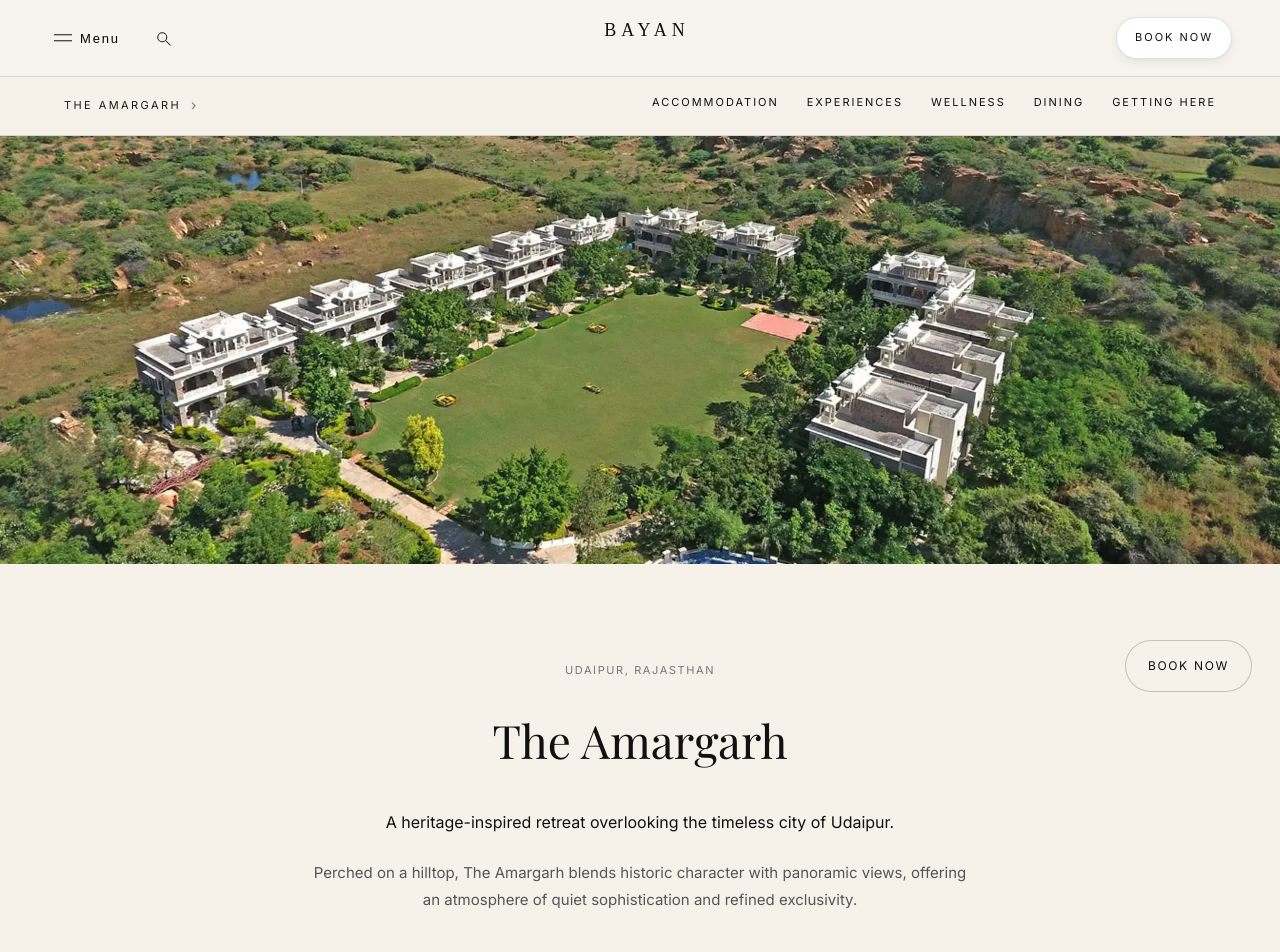
Repository: Arpitpawa/bayan-website
Page: properties/the-amargarh-palace.html
The author's editor kept a copy of each file at every save. The page is drawn from the files as they stood at one save, then again after a run of saves.
The browser window is 1280 px wide. The pictures show the part of the page from y = 0 to 952 px (the page is 5758 px tall).

Above is the page before, as saved 2026-02-03 16:09:12.
Console error: SyntaxError: Identifier 'track' has already been declared

After the next 2 saves:
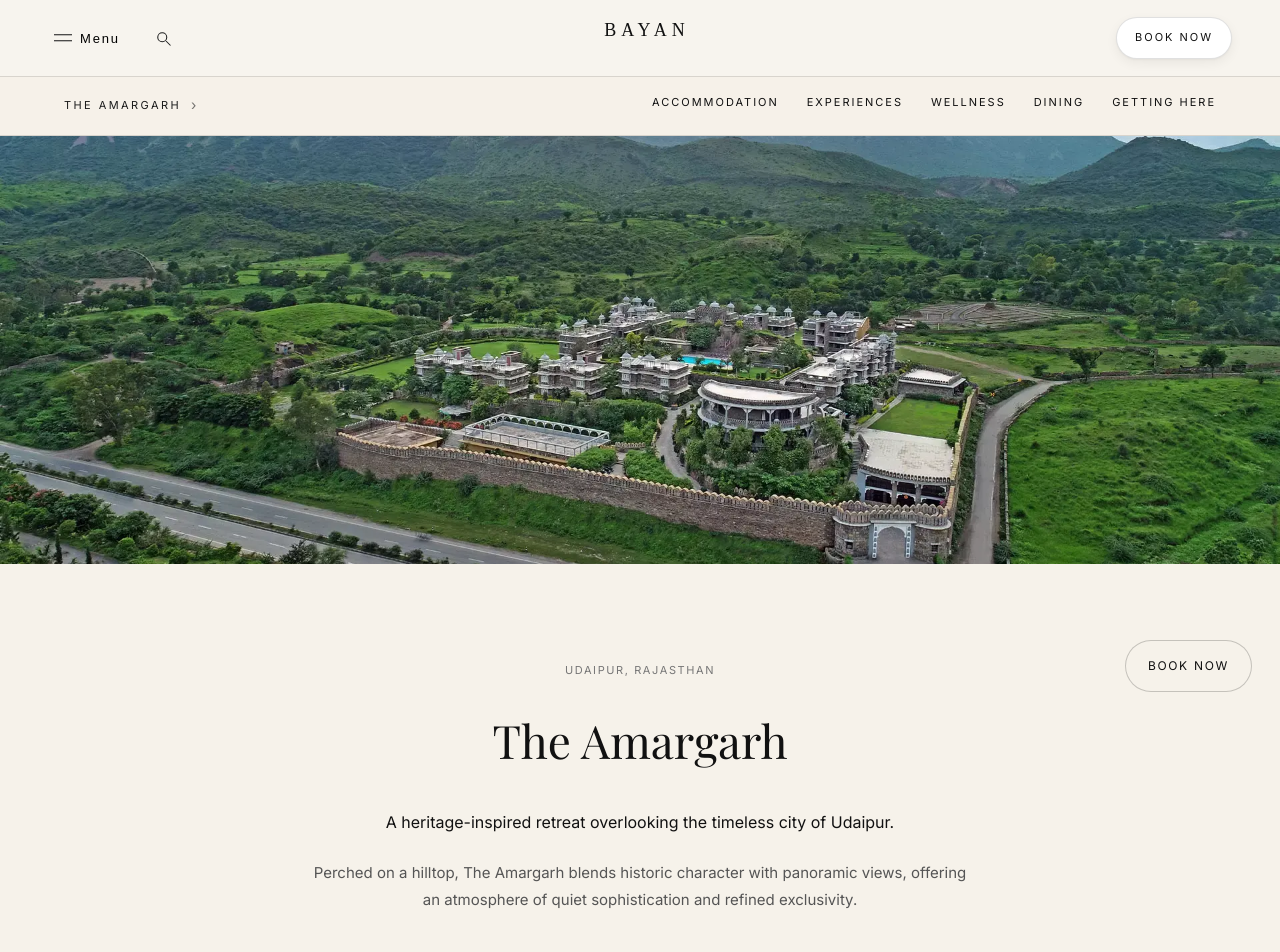
The 2 saves are shown as one change because they came seconds apart.
The last was saved 97 s later.
--- a/properties/the-amargarh-palace.html
+++ b/properties/the-amargarh-palace.html
@@ -112,7 +112,7 @@
 
   <!-- HERO -->
   <section class="hotel-hero">
-    <img src="../assets/images/amargarh/hero.webp" alt="The Amargarh Udaipur">
+    <img src="../assets/images/amargarh-udaipur.webp" alt="The Amargarh Udaipur">
   </section>
 
   <!-- INTRO -->
